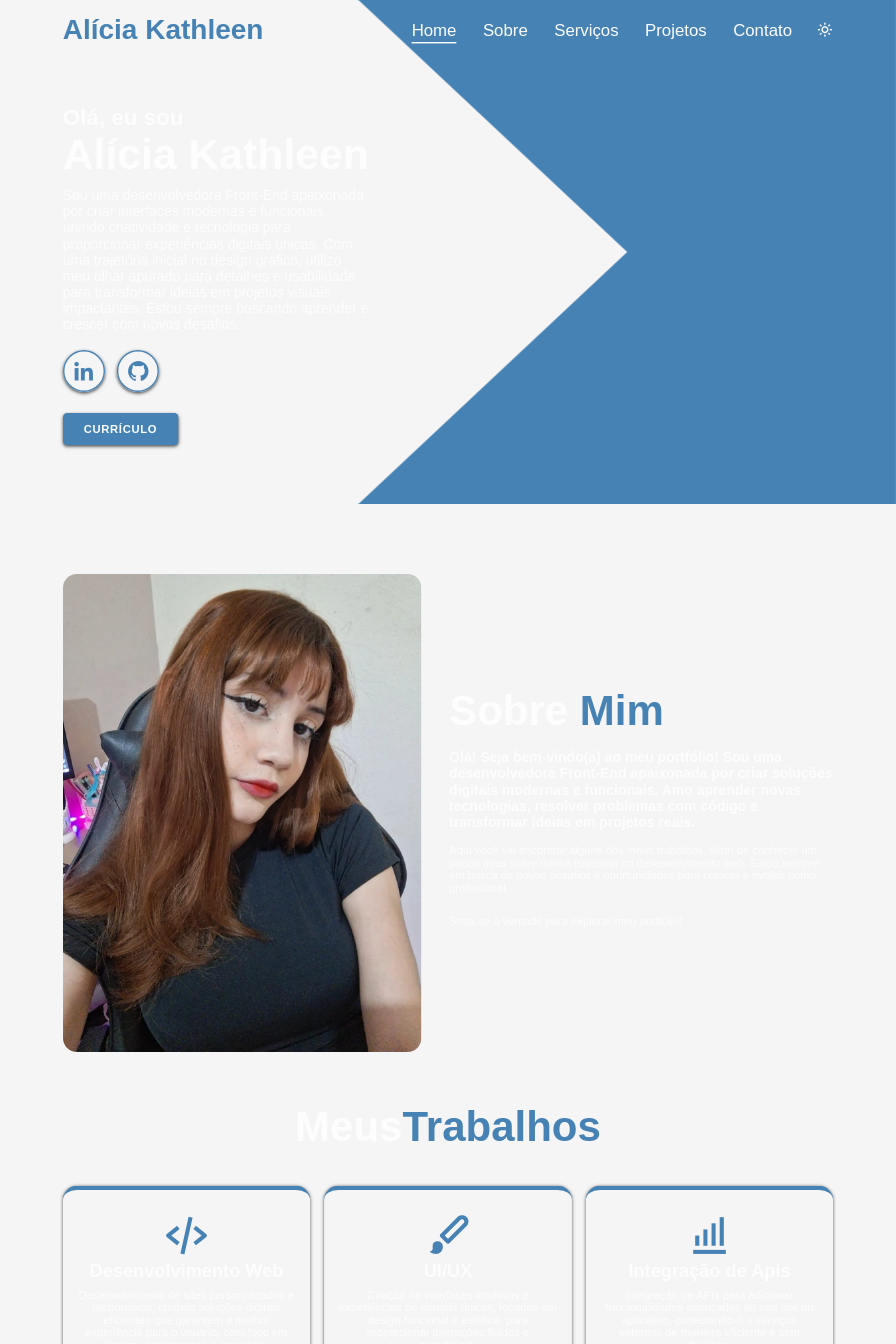
Repository: AliciaKathleen/portfolio-2025
Page: index.html
These files come from the project's save history. The page is drawn as it stood at one moment and after the next save; the edit follows.
The browser window is 1280 px wide. The pictures show the part of the page from y = 0 to 1920 px (the page is 3946 px tall), at 70% of full size.
Empty fields were first filled with sample values (such as "Sample", 5 or name@example.com).
After loading, the first visible `#darkMode-icon` was clicked once.

Above is the page before, as saved 2025-01-27 16:54:59.
Console error: TypeError: Cannot read properties of null (reading 'classList')

After the next save:
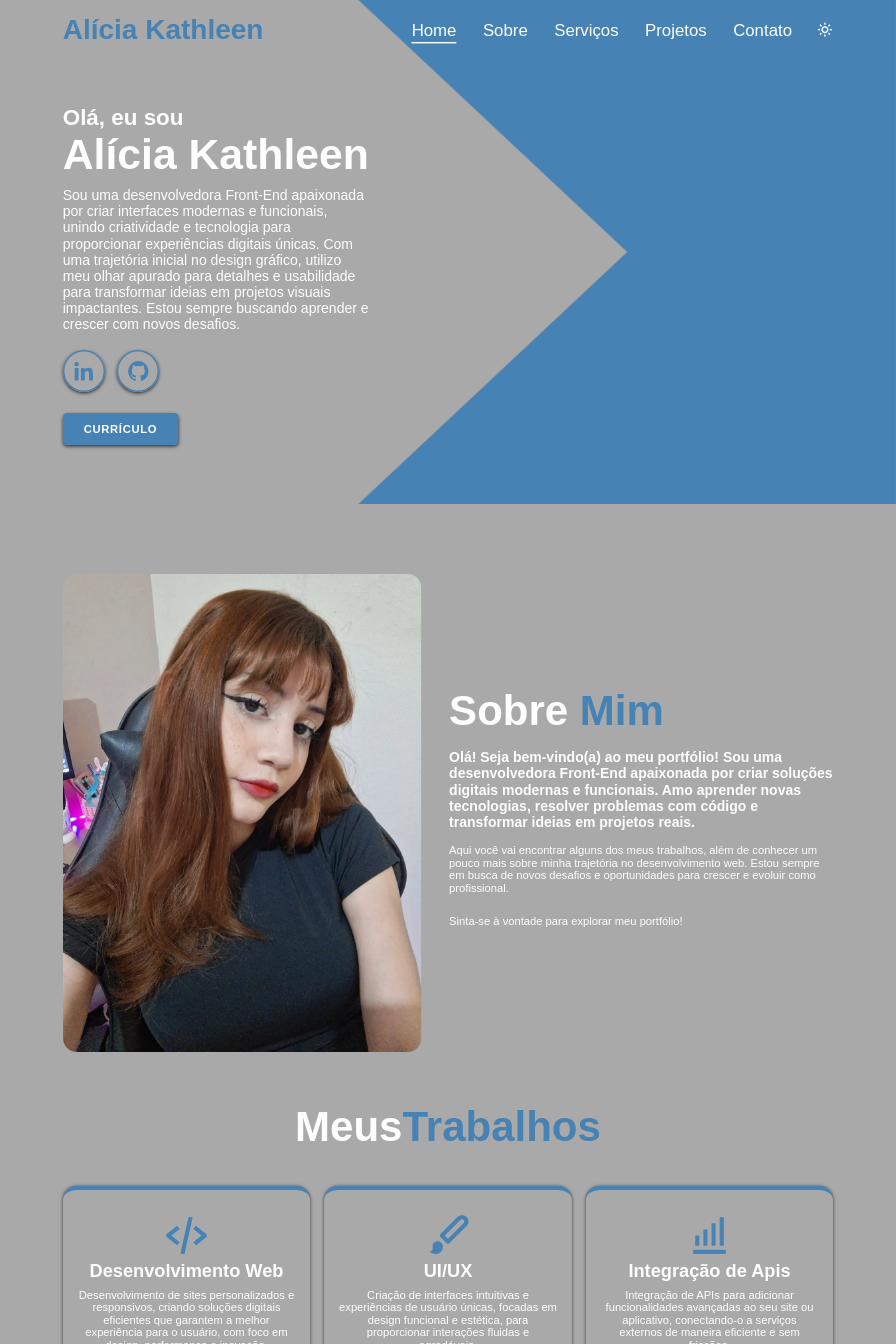
Saved 89 s later.
--- a/style.css
+++ b/style.css
@@ -23,7 +23,7 @@
 }
 
 .dark-mode {
-    --bg-color: #F5F5F5;
+    --bg-color: #A9A9A9;
     --text-color: #fdfdfd;
     --shadow-color: rgba(0, 0, 0, .7);
 }
